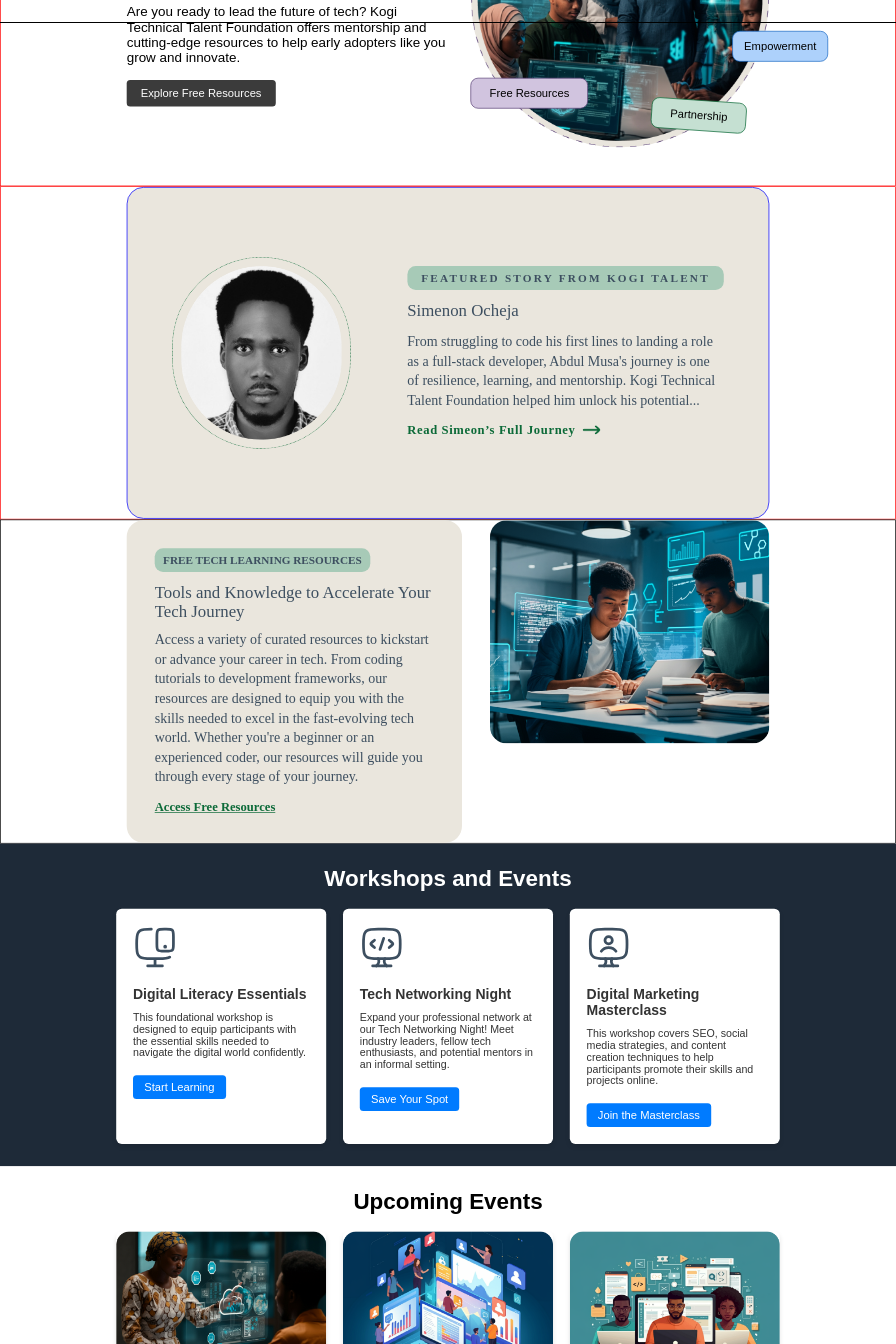
Repository: Cryptim/3MTT-Kogi-Foundation
Page: index.html
The author's editor kept a copy of each file at every save. The page is drawn from the files as they stood at one save, then again after the next save.
The browser window is 1280 px wide. The pictures show the part of the page from y = 333 to 2253 px (the page is 7206 px tall), at 70% of full size.

Above is the page before, as saved 2024-11-15 02:29:43.

### index.html
<!DOCTYPE html>
<html lang="en">
  <head>
    <meta charset="UTF-8" />
    <meta name="viewport" content="width=device-width, initial-scale=1.0" />
    <title>Three Million Technical Talent Foundation</title>
    <link rel="stylesheet" href="stlyes/style.css" />
  </head>
  <body>
    <header class="header">
      <div class="logo">
        <img src="assets/images/logo.png" alt="Foundation Logo" />
      </div>
      <nav class="nav">
        <a href="#">Workshops & Events</a>
        <a href="#">Resources/Pathways</a>
        <a href="#">Volunteer</a>
        <a href="#">Contact Us</a>
      </nav>
      <div class="donate-button">
        <button>Donate</button>
      </div>
    </header>
    <!-- Hero sections -->
    <div class="padding hero-section">
      <div class="text-container">
        <h1>Empowering Kogi's Brightest Minds for a Future in Tech</h1>
        <p>
          Are you ready to lead the future of tech? Kogi Technical Talent
          Foundation offers mentorship and cutting-edge resources to help early
          adopters like you grow and innovate.
        </p>
        <div class="explore-button">
          <button>Explore Free Resources</button>
        </div>
      </div>
      <div class="image-container">
        <img
          src="assets/images/Frame 5.png"
          alt="Team working with technology"
        />
        <div class="tag tag-collaborations">Collaborations</div>
        <div class="tag tag-volunteerism">Volunteerism</div>
        <div class="tag tag-mentorship">Mentorship</div>
        <div class="tag tag-empowerment">Empowerment</div>
        <div class="tag tag-free-resources">Free Resources</div>
        <div class="tag tag-partnership">Partnership</div>
      </div>
    </div>
    <!-- Featured Story Section -->
    <div class="padding featuredStoryContainer">
      <div class="featuredStory"
      >
        <div  class="featuredStoryDottedImageLine"
        >
          <img class="featuredStoryImage"
            src="assets/images/Simeon ocheja 1.png"
            alt="Simenon Ocheja"
          />
        </div>
        <div
          style="width: 589px; display: flex; flex-direction: column; gap: 16px"
        >
          <div class="featuredStoryTextContainer"

          >
            <span class="featuredStoryText"

              >Featured Story from Kogi talent</span
            >
          </div>
          <h2 class="featuredStoryName"
          >
            Simenon Ocheja
          </h2>
          <p class="featuredStoryParagraph"
          >
            From struggling to code his first lines to landing a role as a
            full-stack developer, Abdul Musa's journey is one of resilience,
            learning, and mentorship. Kogi Technical Talent Foundation helped
            him unlock his potential...
          </p>
          <div  class="featuredStoryMore">
            <span class="morefeatured"
              >Read Simeon’s Full Journey</span
            >
        <img src="./assets/images/icons/arrow-right-02.png" alt="arrow-right-02">
            </div>
          </div>
        </div>
      </div>
    </div>
    <!-- Free Tech Learning Resources Section -->
    <div  class="freeTechSection"  style="display: flex; gap: 40px ;border: 1px solid black; padding: 0 180px;">
      <div
        style="flex: 1; padding: 40px; background: #eae6dd; border-radius: 24px"
      >
        <div
          style="
            padding: 8px 12px;
            background: #a7cab7;
            border-radius: 12px;
            display: inline-block;
          "
        >
          <span
            style="
              color: #3d4f60;
              font-size: 16px;
              font-family: Cascadia Code;
              font-weight: 600;
              text-transform: uppercase;
            "
            >Free Tech Learning Resources</span
          >
        </div>
        <h3
          style="
            color: #3d4f60;
            font-size: 24px;
            font-family: Cascadia Code;
            font-weight: 400;
            margin-top: 16px;
          "
        >
          Tools and Knowledge to Accelerate Your Tech Journey
        </h3>
        <p
          style="
            color: #3d4f60;
            font-size: 20px;
            font-family: Cascadia Code;
            font-weight: 300;
            line-height: 1.4;
            margin-top: 12px;
          "
        >
          Access a variety of curated resources to kickstart or advance your
          career in tech. From coding tutorials to development frameworks, our
          resources are designed to equip you with the skills needed to excel in
          the fast-evolving tech world. Whether you're a beginner or an
          experienced coder, our resources will guide you through every stage of
          your journey.
        </p>
        <a
          href="#"
          style="
            color: #0c6a38;
            font-size: 18px;
            font-family: Cascadia Code;
            font-weight: 700;
            display: inline-block;
            margin-top: 20px;
          "
          >Access Free Resources</a
        >
      </div>
      <div style="flex: 1">
        <img
          style="width: 100%;height: ; border-radius: 24px"
          src="assets/images/Resources image 1.png"
          alt="Tech Journey"
        />
      </div>
    </div>
    <!-- workshop section -->
    <section class="workshops-section">
      <h2>Workshops and Events</h2>
      <div class="workshops-container">
        <div class="workshop-card">
          <div class="icon">
            <img
              src="assets/images/computer-phone-sync.svg"
              alt="Digital Literacy Icon"
            />
          </div>
          <h3>Digital Literacy Essentials</h3>
          <p>
            This foundational workshop is designed to equip participants with
            the essential skills needed to navigate the digital world
            confidently.
          </p>
          <button>Start Learning</button>
        </div>
        <div class="workshop-card">
          <div class="icon">
            <img
              src="assets/images/computer-programming-01.svg"
              alt="Networking Icon"
            />
          </div>
          <h3>Tech Networking Night</h3>
          <p>
            Expand your professional network at our Tech Networking Night! Meet
            industry leaders, fellow tech enthusiasts, and potential mentors in
            an informal setting.
          </p>
          <button>Save Your Spot</button>
        </div>
        <div class="workshop-card">
          <div class="icon">
            <img
              src="assets/images/computer-video-call.svg"
              alt="Marketing Icon"
            />
          </div>
          <h3>Digital Marketing Masterclass</h3>
          <p>
            This workshop covers SEO, social media strategies, and content
            creation techniques to help participants promote their skills and
            projects online.
          </p>
          <button>Join the Masterclass</button>
        </div>
      </div>
    </section>
    <!--  Event section-->
    <section class="events-section">
      <h2>Upcoming Events</h2>
      <div class="events-container">
        <div class="event-card">
          <img
            src="assets/images/cloud-african 1.png"
            alt="Cloud Computing Workshop"
          />
          <h3>Getting Started with Cloud Computing: A Beginner's Guide</h3>
          <p>
            This introductory workshop will guide you through the fundamentals
            of cloud computing.
          </p>
          <div class="event-info">
            <span class="event-date"
              ><img
                src="assets/images/calendar-01.svg"
                alt="Calendar Icon"
                class="icon"
              />
              December 5, 2024</span
            >
            <span class="event-time"
              ><img
                src="assets/images/alarm-clock.svg"
                alt="Clock Icon"
                class="icon"
              />
              10:00 AM - 12:00 PM</span
            >
          </div>
        </div>
        <div class="event-card">
          <img
            src="assets/images/digital marketing.png"
            alt="Social Media for Entrepreneurs"
          />
          <h3>Mastering Social Media for Digital Entrepreneurs</h3>
          <p>
            Discover content creation strategies, audience engagement
            techniques, and more.
          </p>
          <div class="event-info">
            <span class="event-date"
              ><img
                src="assets/images/calendar-01.svg"
                alt="Calendar Icon"
                class="icon"
              />
              December 5, 2024</span
            >
            <span class="event-time"
              ><img
                src="assets/images/alarm-clock.svg"
                alt="Clock Icon"
                class="icon"
              />
              10:00 AM - 12:00 PM</span
            >
          </div>
        </div>
        <div class="event-card">
          <img
            src="assets/images/python.png"
            alt="Python Programming Workshop"
          />
          <h3>Intro to Python Programming: Building Your First App</h3>
          <p>
            This online workshop is perfect for beginners looking to learn
            Python programming.
          </p>
          <div class="event-info">
            <span class="event-date"
              ><img
                src="assets/images/calendar-01.svg"
                alt="Calendar Icon"
                class="icon"
              />
              December 5, 2024</span
            >
            <span class="event-time"
              ><img
                src="assets/images/alarm-clock.svg"
                alt="Clock Icon"
                class="icon"
              />
              10:00 AM - 12:00 PM</span
            >
          </div>
        </div>
      </div>
    </section>
    <!-- Mentor section -->
    <section class="mentors-section">
      <h2>Meet Our Mentors and Contributors</h2>
      <p>
        Meet Our MAt the heart of the Kogi Technical Talent Foundation is a
        dedicated team of mentors and contributors who are passionate about
        sharing their knowledge and expertise. Our mentors come from diverse
        backgrounds in technology, entrepreneurship, and innovation, providing
        invaluable guidance to help you navigate your career journey. Whether
        you're looking to enhance your coding skills, explore new fields like
        digital marketing, or get advice on launching your own tech startup, our
        mentors are here to support you.
      </p>
      <a href="#" class="explore-link">Explore Our Mentor’s Profile →</a>
      <div class="mentors-container">
        <div class="mentor-card">
          <img src="assets/images/Frame 19.png" alt="Omachoko Arome" />
          <h3>Omachoko Arome</h3>
        </div>
        <div class="mentor-card">
          <img src="assets/images/Frame 20.png" alt="Marian Musa" />
          <h3>Marian Musa</h3>
        </div>
        <div class="mentor-card">
          <img src="assets/images/Frame 21.png" alt="Ismaila Omeiza" />
          <h3>Ismaila Omeiza</h3>
        </div>
        <div class="mentor-card">
          <img src="assets/images/Frame 22.png" alt="Timothy Ignatius" />
          <h3>Timothy Ignatius</h3>
        </div>
      </div>
    </section>
    <!-- Footer -->
    <section>
      <div class="Partners">
        <div class="OurPartners">Our Partners</div>
        <div class="Frame23">
          <div class="NitdaLogo">
            <img
              class="NitdaLogoNewest1RemovebgPreview"
              style="width: 232.86px; height: 113.82px"
              src="https://via.placeholder.com/233x114"
            />
          </div>
          <div class="NitdaLogo">
            <img
              class="MttRemovebgPreview"
              style="width: 232.86px; height: 113.82px"
              src="https://via.placeholder.com/233x114"
            />
          </div>
          <div class="NitdaLogo">
            <img
              class="KogiLogo"
              style="width: 232.86px; height: 113.82px"
              src="https://via.placeholder.com/233x114"
            />
          </div>
          <div class="NitdaLogo">
            <img
              class="MistLogoRemovebgPreview"
              style="width: 232.86px; height: 113.82px"
              src="https://via.placeholder.com/233x114"
            />
          </div>
        </div>
      </div>

      <div class="Footer">
        <div class="Frame24">
          <img class="KogiLogo1" src="https://via.placeholder.com/78x78" />
          <div class="EmpoweringKogiSBrightestMindsForAFutureInTech">
            Empowering Kogi's Brightest Minds for a Future in Tech
          </div>
        </div>

        <div class="NavigataionMenu">
          <div class="Workshops">
            <div class="QuickLinks">Quick Links</div>
          </div>
          <div class="Workshops">
            <div class="WorkshopsEvents">Workshops & Events</div>
          </div>
          <div class="Resources">
            <div class="ResourcesPathways">Resources/Pathways</div>
          </div>
          <div class="Volunteer">
            <div>Volunteer</div>
          </div>
          <div class="ContactUs">
            <div>Contact Us</div>
          </div>
        </div>

        <div class="Frame25">
          <div class="Donate">
            <div>Donate Now</div>
          </div>
          <div class="ContactUs">
            <div class="ConnectWithUs">Connect with Us</div>
          </div>
          <div class="Frame26">
            <div class="Facebook02">
              <div class="Vector"></div>
            </div>
            <div class="NewTwitter">
              <div class="Vector"></div>
            </div>
            <div class="Linkedin02">
              <div class="Vector"></div>
              <div class="Vector"></div>
              <div class="Vector"></div>
            </div>
            <div class="Instagram">
              <div class="Vector"></div>
              <div class="Vector"></div>
              <div class="Vector"></div>
            </div>
          </div>
        </div>
      </div>

      <div class="Frame27">
        <div
          class="AllRightsReserved3mttFellowBiweeklyBuildWithAFellowChallenge2024"
        >
          All rights reserved 3MTT Fellow Biweekly Build With a Fellow Challenge
          ©2024
        </div>
      </div>
    </section>
  </body>
</html>

Loaded but not shown: stlyes/style.css (819 lines, source omitted)

After the next save:
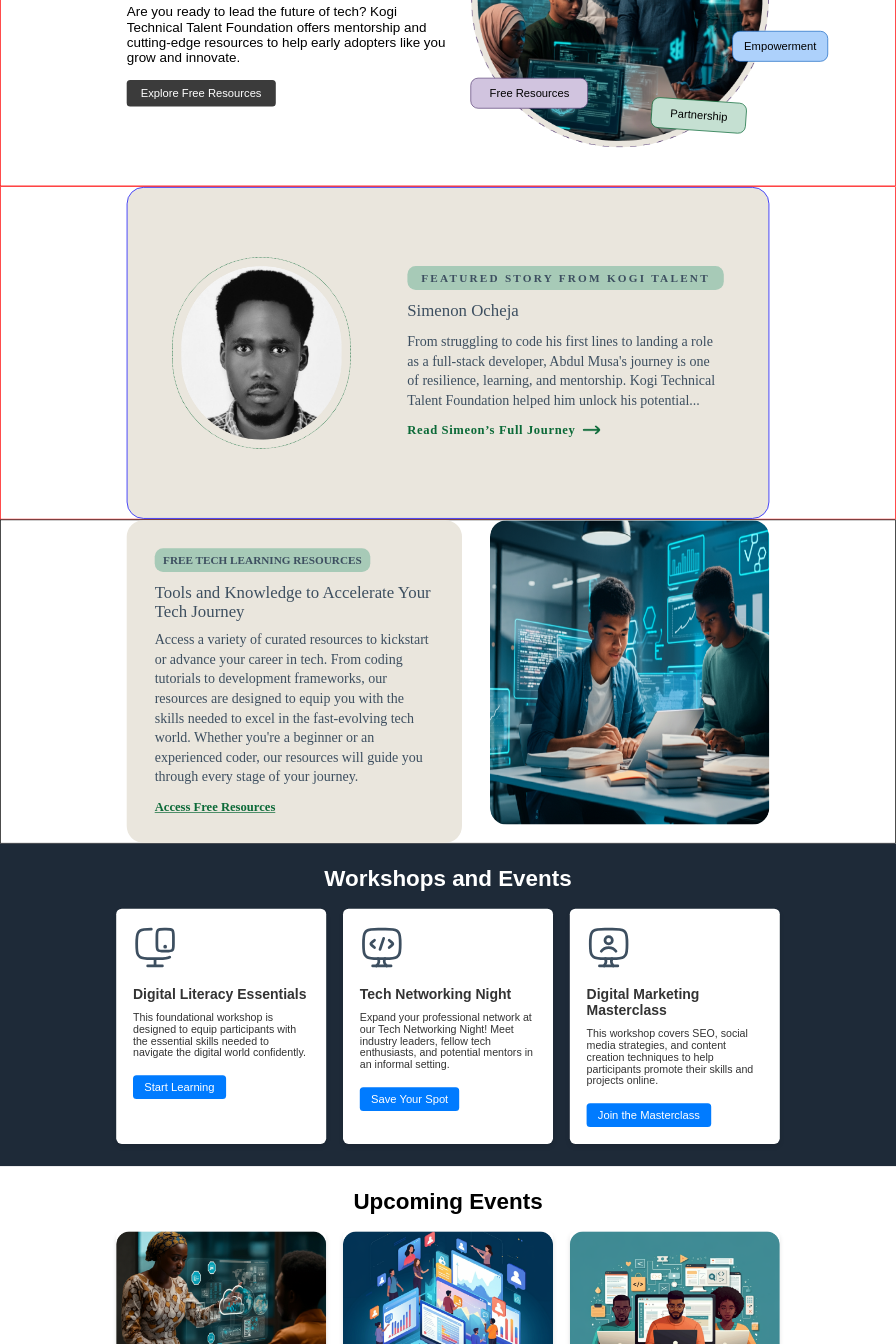
Saved 4 s later.
--- a/index.html
+++ b/index.html
@@ -157,7 +157,7 @@
       </div>
       <div style="flex: 1">
         <img
-          style="width: 100%;height: ; border-radius: 24px"
+          style="width: 100%;height: 435px; border-radius: 24px"
           src="assets/images/Resources image 1.png"
           alt="Tech Journey"
         />
